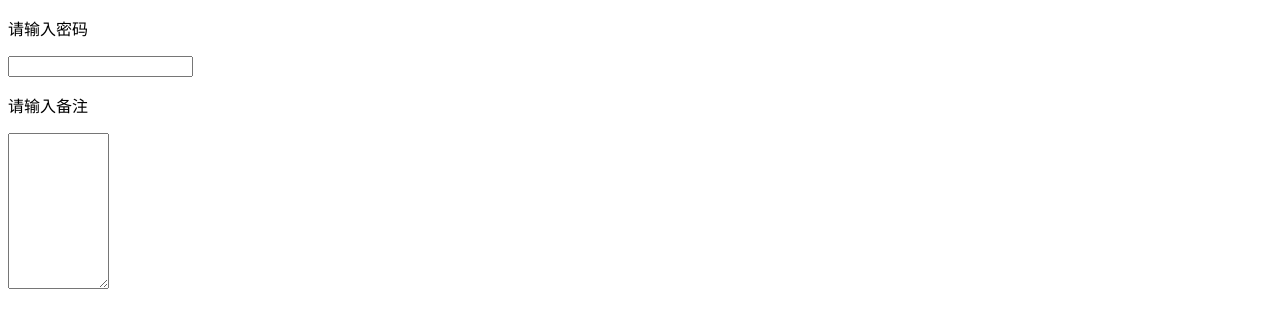
Repository: xienezheng/javaPractice
Page: javaweb/Calculate/WebContent/add.html
An editor plug-in stored every save of this project. The page is shown before and after the next save, followed by the edit.
The browser window is 1280 px wide. The pictures show the whole page.

Above is the page before, as saved 2017-04-21 01:29:03.

### javaweb/Calculate/WebContent/add.html
<!DOCTYPE html>
<html>
<head>
<meta charset="UTF-8">
<title>Insert title here</title>
</head>
<body>
<form action="add.jsp"method="post">
<p>请输入密码</p>
<input type="password"name="password">
<p>请输入备注</p>
<textarea name="mm" cols="10"rows="10">
</textarea>
</form>
</body>
</html>

After the next save:
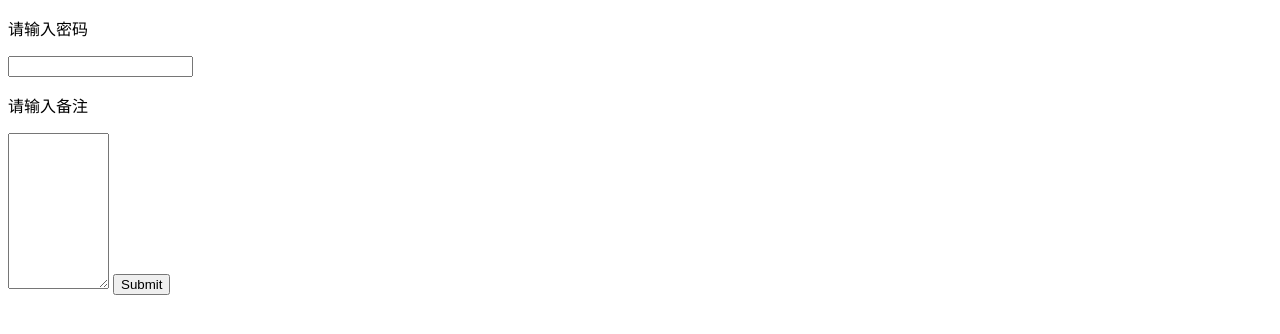
Saved 4 min 59 s later.
--- a/javaweb/Calculate/WebContent/add.html
+++ b/javaweb/Calculate/WebContent/add.html
@@ -10,7 +10,9 @@
 <input type="password"name="password">
 <p>请输入备注</p>
 <textarea name="mm" cols="10"rows="10">
+
 </textarea>
+<input type="submit"name="提交">
 </form>
 </body>
 </html>
